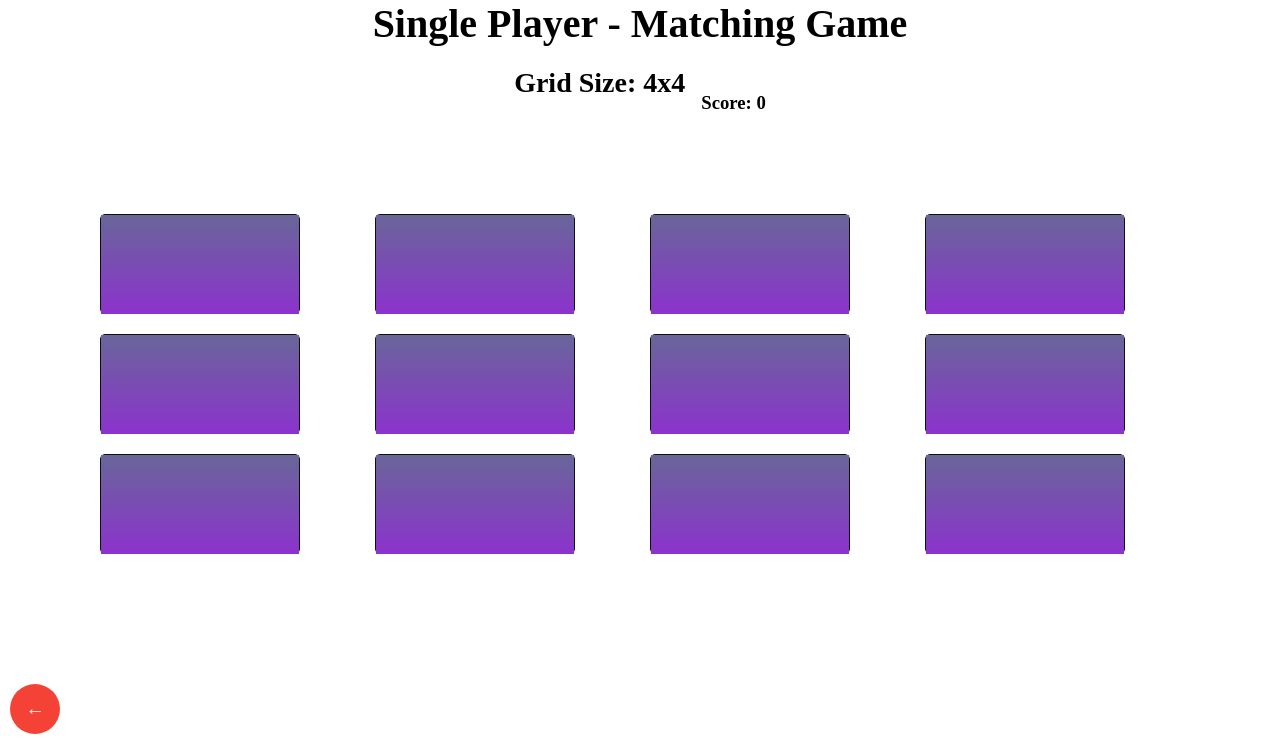
Repository: parnelltse/frontend2-courseproject
Page: /singlegame
These files come from the project's save history. The page is drawn as it stood at one moment and after the next save; the edit follows.
The browser window is 1280 px wide. The pictures show the whole page.
The project was rebuilt for these pictures with package versions that can differ from the ones it lists, and the page was loaded fresh each time. Also part of the build but not shown: vite.config.js, src/pages/landing.jsx, src/pages/home.jsx, src/pages/gameoptions.jsx, src/pages/appsettings.jsx, src/pages/profilesettings.jsx, src/pages/gamehistory.jsx, src/pages/singleplayer.jsx and 3 more.

Above is the page before, as saved 2024-11-30 21:35:52.

After the next save:
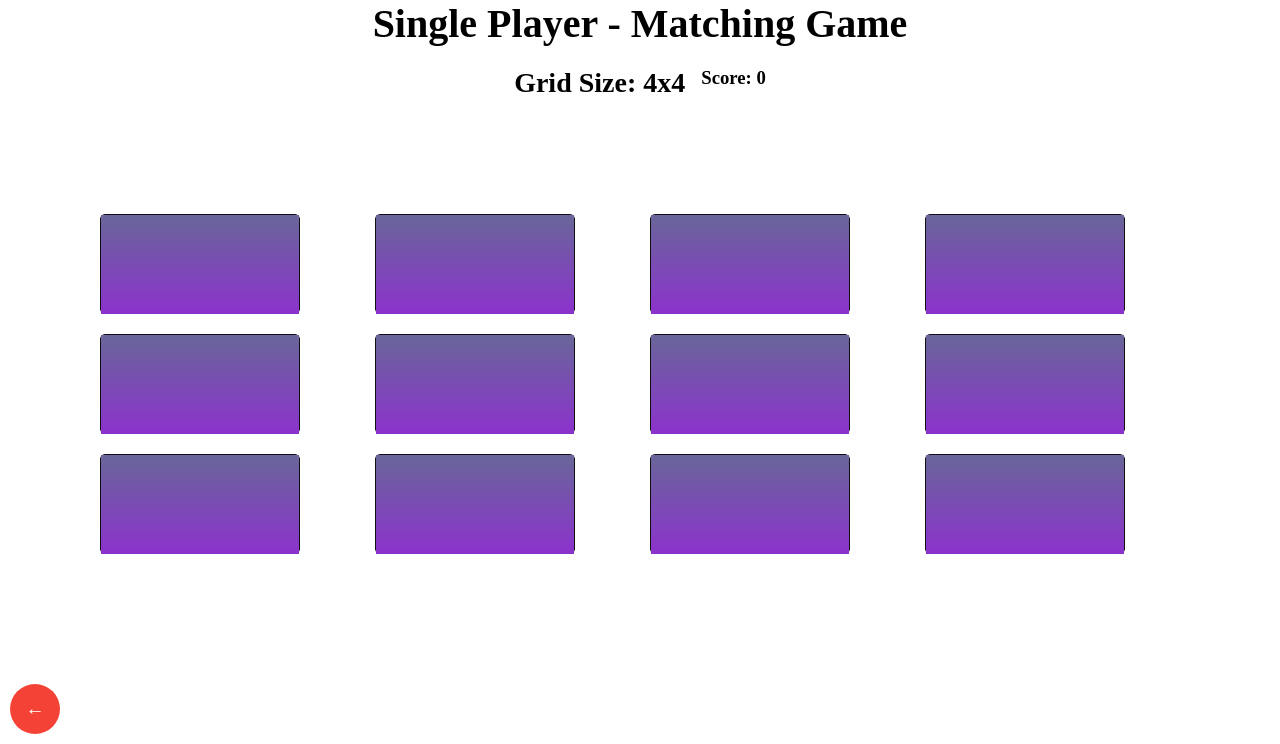
Saved 6 s later.
--- a/src/index.css
+++ b/src/index.css
@@ -334,7 +334,7 @@ gap: 20px;
   flex-direction: row;
   flex-wrap: wrap;
   justify-content: center;
-  align-items: flex-end;
+  align-items: flex-start;
   gap: 1rem;
 }
 
